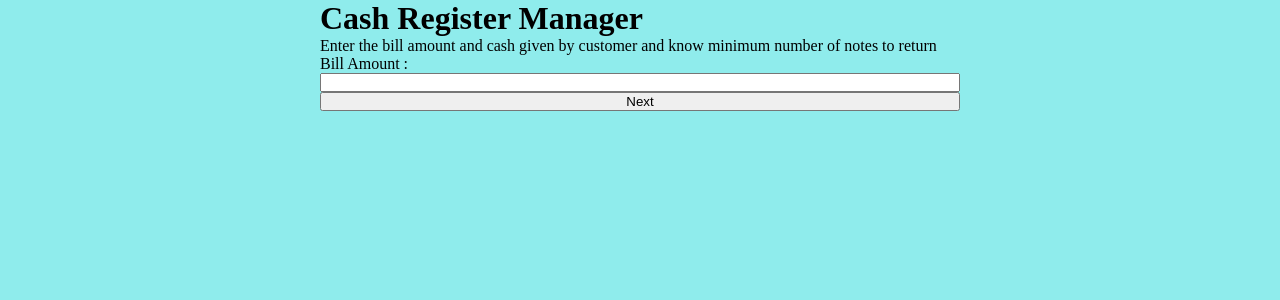
Repository: patelamancode/Cash-register-manager-app
Page: index.html
An editor plug-in stored every save of this project. The page is shown before and after the next save, followed by the edit.
The browser window is 1280 px wide. The pictures show the whole page.

Above is the page before, as saved 2022-11-18 15:26:09.

After the next save:
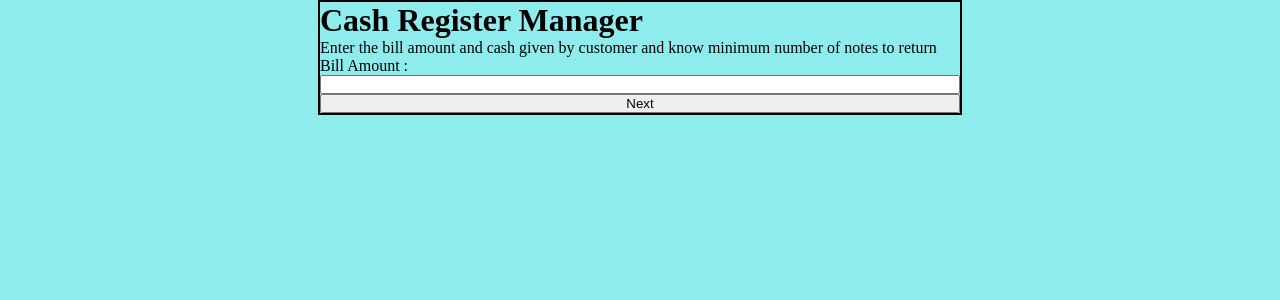
Saved 54 s later.
--- a/index.css
+++ b/index.css
@@ -12,6 +12,7 @@ body{
     flex-direction: column;
     width: 50vw;
     margin: auto;
+    border: 2px solid black;
 }
 
 .sub-container{
